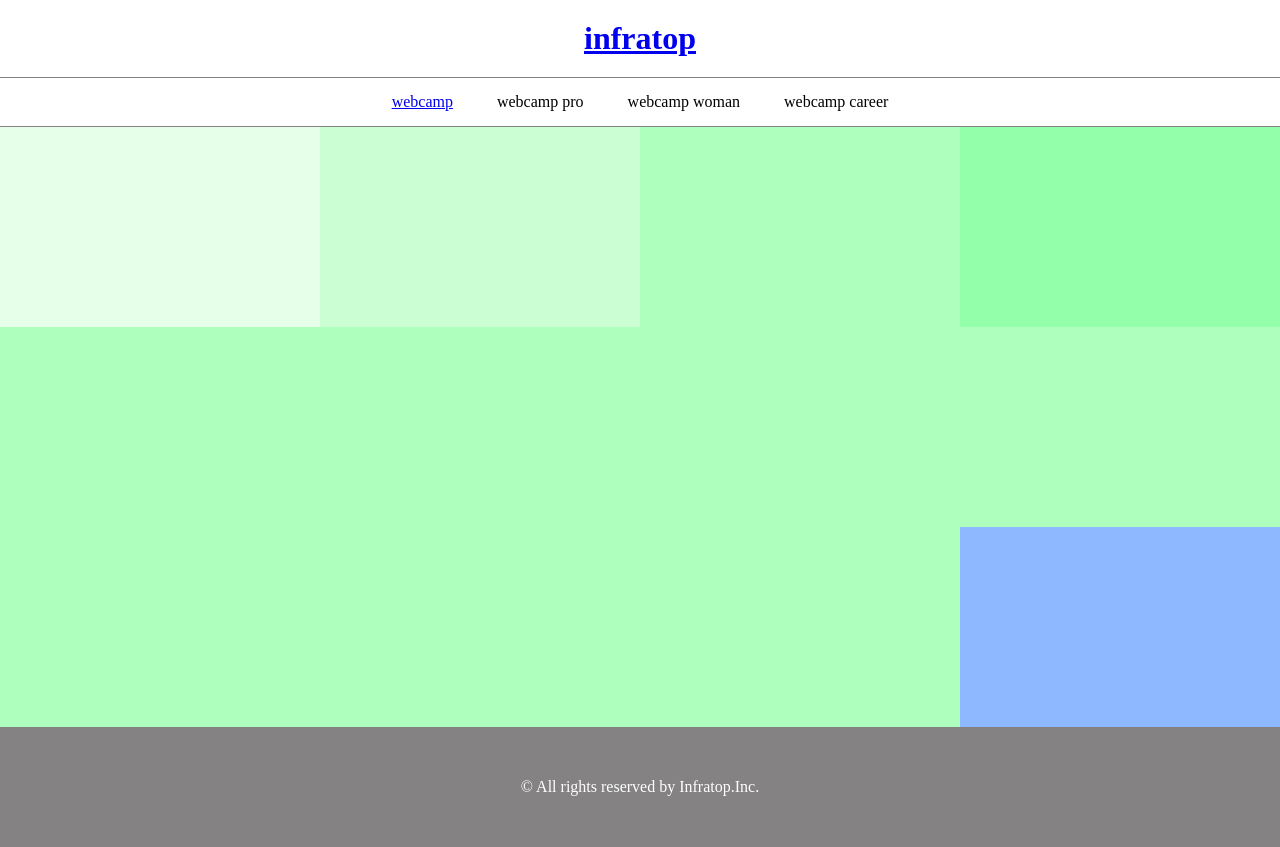
Repository: monami1021/DMM-WEBCAMP
Page: chapter5_exercise/chapter5_exercise.html
The author's editor kept a record of every edit. The page is drawn from the files as they stood at one moment, then again after the next edit.
The browser window is 1280 px wide. The pictures show the whole page.

Above is the page before.

After the next edit:
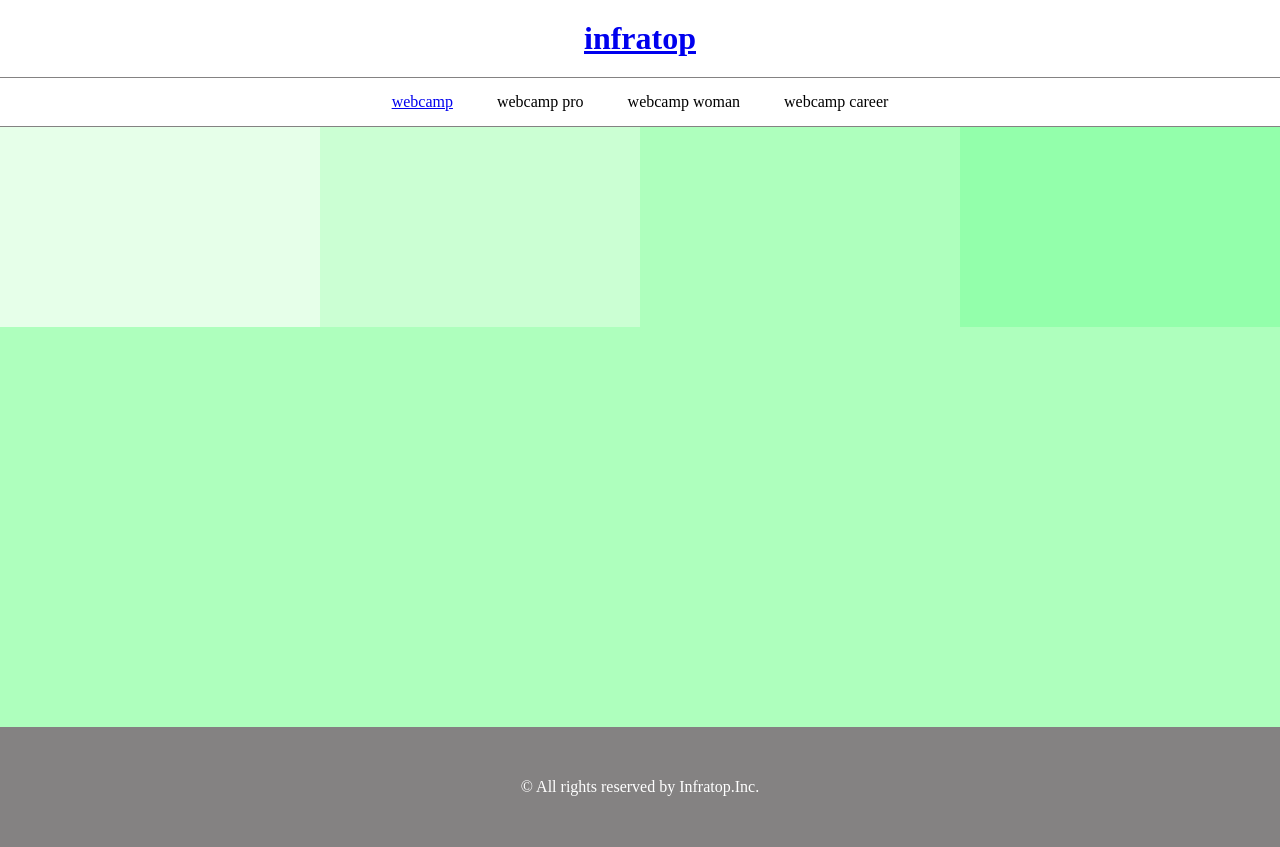
The edit:
--- a/chapter5_exercise/chapter5_exercise.html
+++ b/chapter5_exercise/chapter5_exercise.html
@@ -47,7 +47,7 @@
       background-color: #aeffbd;
     }
     .box4{
-      background-color: ;
+      background-color: #93ffab;
     }
     .box5{
       background-color: #aeffbd;
@@ -68,6 +68,9 @@
       background-color: #aeffbd;
     }
     .box11{
+      background-color: #aeffbd;
+    }
+    .box12{
       background-color: #aeffbd;
     }
 
